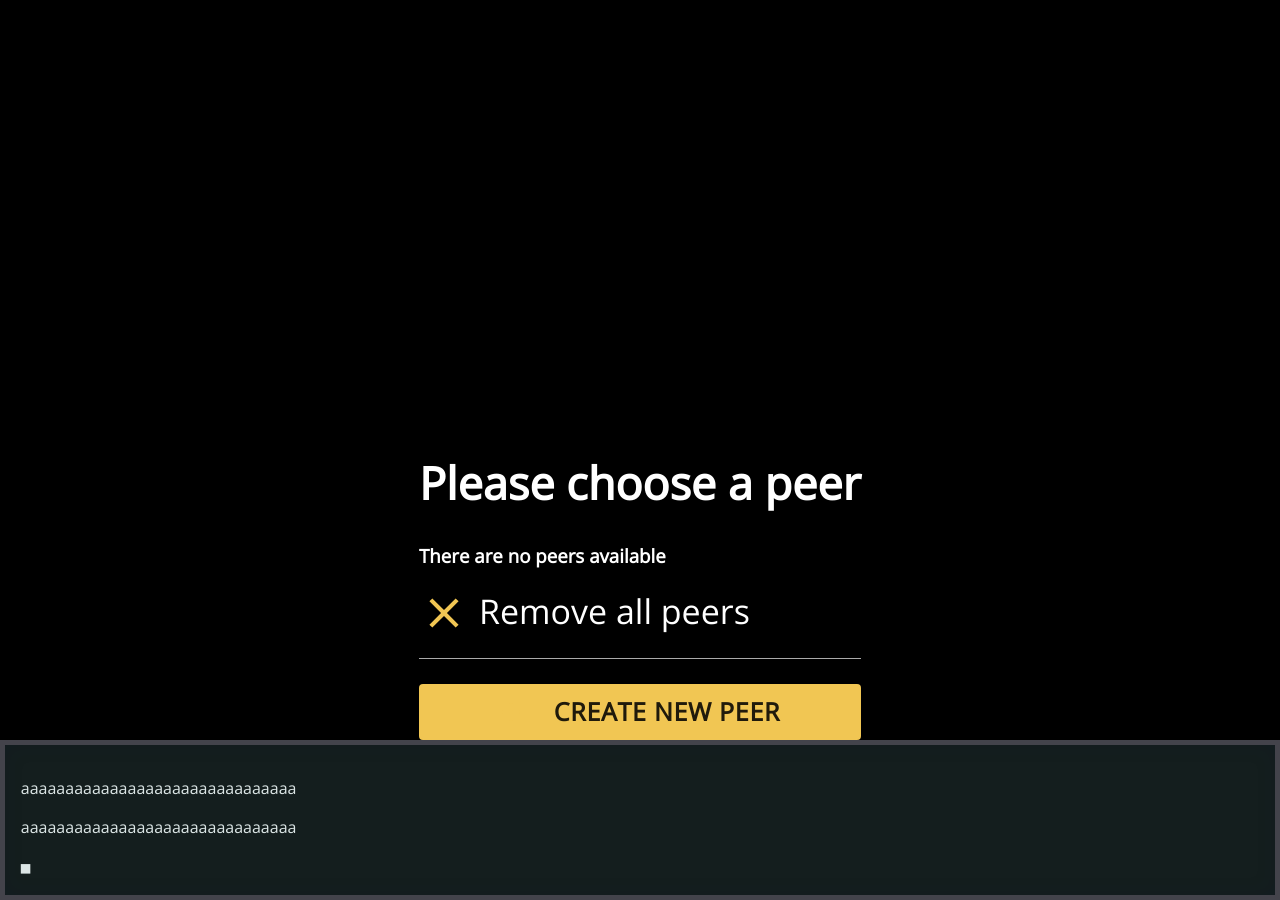
Repository: Bachdz/ASAP-Gui-Frontend
Page: /login
An editor plug-in stored every save of this project. The page is shown before and after the next save, followed by the edit.
The browser window is 1280 px wide. The pictures show the whole page.
The page's requests for data from a server got no answer. The project was rebuilt for these pictures with package versions that can differ from the ones it lists, and the page was loaded fresh each time. No one was signed in, and anything a server would have sent is missing. Also part of the build but not shown: src/css/loginscreen/Peer.css, src/components/fragments/Footer.js, src/components/mainscreen/subcomponents/Apps.js, src/css/mainscreen/Main.css, src/components/mainscreen/Main.js.

Above is the page before, as saved 2020-12-16 19:20:30.

### src/App.js
import React from 'react';



import { ReactComponent as Arrow } from './arrow.svg';
import Login from './components/loginscreen/Login';
import Main from './components/mainscreen/Main';
import { Link } from 'react-router-dom';
import Logo from './components/fragments/Footer';


import { BrowserRouter as Router, Route } from 'react-router-dom'

import './App.css';

function App() {
  return (
      <Router>
        <Route exact path="/" render={props => (
          <React.Fragment>
        <div className="container">

            <div className="content">
              <div id="box">
                <h1>Welcome to ASAP engine</h1>
                <Link to="/login"><Arrow id="next" /></Link>
              </div>
            </div>
          <Logo />
        </div>


          </React.Fragment>
        )} />
        <Route path="/login" component={Login} />
        <Route path="/main/user" component={Main} />

      </Router>
  );
}



export default App;

### src/components/loginscreen/Login.js
import React, { Component } from 'react';
import Peer from './subcomponents/Peer';
import CreateUser from './subcomponents/CreateUser';
import CloseIcon from '@material-ui/icons/Close';
import Alert from '@material-ui/lab/Alert';
import Snackbar from '@material-ui/core/Snackbar';
import Logo from '../fragments/Footer';
import Terminal from '../fragments/Terminal';



import '../../css/loginscreen/Login.css';
import axios from 'axios';



class Login extends Component {
    state = {
        peers: [],
        alertopen: false,
        alertmsg: '',
        alerttype: ''
    }

    componentDidMount() {
        axios.get('http://localhost:8080/api/v1/asap/peers')
            .then(res => this.setState({ peers: res.data }))
    }

    //create User
    addUser = (userName) => {
        let url = 'http://localhost:8080/api/v1/asap/peer?name=' + userName;
        axios.post(url)
            .then(res => this.setState({ peers: [...this.state.peers, res.data] }))
    }

    //remove all users
    removeAllUser = () => {
        axios.delete('http://localhost:8080/api/v1/asap/peers')
            .then(res => {
                if (res.data === false) {
                    this.setState({ alertopen: !this.state.alertopen, alertmsg: "Couldn't delete peers", alerttype: "error" });

                } else if (res.data === true) {
                    this.setState({ alertopen: !this.state.alertopen, alertmsg: "Deleted successfully ", alerttype: "success" });
                    axios.get('http://localhost:8080/api/v1/asap/peers')
                        .then(res => this.setState({ peers: res.data }))
                }



            }


            )


    }

    handleClose = (event, reason) => {
        this.setState({ alertopen: !this.state.alertopen });
    }


    render() {
        const { alertopen, alertmsg, alerttype } = this.state;
        return (
            <div>

                <div className="container">
                    <div className="content">
                        <div className="login-container">
                            <Snackbar anchorOrigin={{ vertical: 'top', horizontal: 'center' }} open={alertopen} autoHideDuration={2000} onClose={this.handleClose}>
                                <Alert onClose={this.handleClose} severity={alerttype}>
                                    {alertmsg}
                                </Alert>
                            </Snackbar>
                            <h1>Please choose a peer</h1>
                            <Peer peers={this.state.peers} />

                            <div id="remove-peer">
                                <CloseIcon id="remove" onClick={this.removeAllUser} /> Remove all peers
            </div>
                            <CreateUser addUser={this.addUser} />

                        </div>
                    </div>

                </div>
                <Terminal />

            </div>

        );
    }
}


export default Login;

### src/App.css
@import url('https://fonts.googleapis.com/css?family=Open+Sans');
body {
  font-family: "Open Sans", sans-serif;

}

#box {
  text-align: center;
}

.content {
  min-height: 80vh;
  margin-top:20px;
  display: flex;
  align-items: center;
}

.container {
  display: flex;
  align-items: center;
  justify-content: center;
  flex-direction: column;
  background-color: #000000;
  color: #ffffff;
  height: 70%;
  margin:0;
}

footer {
 margin-top:auto;
 width: 100vw;
}



#next {
  cursor: "pointer";
  transition: transform 330ms ease-in-out;

}
#next:hover {
  cursor: pointer;
  -ms-transform: scale(1.2); /* IE 9 */
  -webkit-transform: scale(1.2); /* Safari 3-8 */
  transform: scale(1.2);
}
h1 {
  font-size: 45px;
  text-align: center;
  animation: fadein 3s;
  -moz-animation: fadein 3s; /* Firefox */
  -webkit-animation: fadein 3s; /* Safari and Chrome */
  -o-animation: fadein 3s; /* Opera */
}
@keyframes fadein {
  from {
      opacity:0;
  }
  to {
      opacity:1;
  }
}
@-moz-keyframes fadein { /* Firefox */
  from {
      opacity:0;
  }
  to {
      opacity:1;
  }
}
@-webkit-keyframes fadein { /* Safari and Chrome */
  from {
      opacity:0;
  }
  to {
      opacity:1;
  }
}
@-o-keyframes fadein { /* Opera */
  from {
      opacity:0;
  }
  to {
      opacity: 1;
  }
}

### src/components/loginscreen/subcomponents/Peer.js
import React from 'react';
import '../../../css/loginscreen/Peer.css';
import AccountCircleIcon from '@material-ui/icons/AccountCircle';
import ArrowForwardIcon from '@material-ui/icons/ArrowForward';
// import { Redirect } from 'react-router-dom';
import { Link } from 'react-router-dom';

function Peer (props) {

        if (props.peers.length > 0) {
            return (
                props.peers.map((peer) => (
                    <div className="peer-container">
                        <AccountCircleIcon id="icon" />
                        {peer.name}
                        <Link to={{
                            pathname: '/main/user',
                            state: {
                                peer: peer.name
                            }
                        }}>
                            <ArrowForwardIcon id="forward" />
                        </Link>
                    </div>

                ))

            );


        } else {
            return (
                <h3>There are no peers available</h3>
            )
        }
    }





export default Peer;

### src/components/loginscreen/subcomponents/CreateUser.js
import React, {Component} from 'react';
import Button from '@material-ui/core/Button';
import AddIcon from '@material-ui/icons/Add';
import TextField from '@material-ui/core/TextField';
import Dialog from '@material-ui/core/Dialog';
import DialogActions from '@material-ui/core/DialogActions';
import DialogContent from '@material-ui/core/DialogContent';
import '../../../css/loginscreen/CreateUser.css';
import DialogContentText from '@material-ui/core/DialogContentText';

export class CreateUser extends Component {
    state = {
        open: false,
        error: false,
        username: ''
    }

    handleClickOpen = () => {
        this.setState({
            open: !this.state.open
        })
      };

    handleClose = (e) => {
        this.setState({
            open: !this.state.open
        })
    };

    onChange = (e) => this.setState({ [e.target.name]: e.target.value })

    onSubmit = (e) => {
        if (this.state.username !== '') {
            this.props.addUser(this.state.username);
            this.setState({username : ''});
            this.handleClose();
        } else {
            this.setState({error: true});
        }
    }

    render() {
    const { open,error } = this.state

    return (
        <div>

            <Button startIcon={<AddIcon id="addIcon" />} id="addButton" onClick={this.handleClickOpen}>Create new peer</Button>

            <Dialog open={open} onClose={this.handleClose} aria-labelledby="form-dialog-title">
                <DialogContent id="dialog">
                    <DialogContentText id="dialog-text">
                        Please enter your name
          </DialogContentText>
                    <TextField
                       error={this.state.error}
                     required
                        autoFocus
                        margin="dense"
                        name="username"
                        type="string"
                        label="Username"
                        helperText={error ===true  ? "username is required" : ""}
                        onChange={this.onChange}
                        fullWidth
                    />
                </DialogContent>
                <DialogActions id="dialog-action">
                    <Button onClick={this.onSubmit} id="button" color="primary">
                        Done
          </Button>
                </DialogActions>
            </Dialog>
        </div>
    );
}
}
export default CreateUser ;

### src/components/fragments/Terminal.js
import React from 'react'
import '../../css/Terminal.css';



export default function Terminal() {
    return (
        <div className="console">
            <pre class="i-has-teh-code">
                <p>aaaaaaaaaaaaaaaaaaaaaaaaaaaaaaa</p>
                <p>aaaaaaaaaaaaaaaaaaaaaaaaaaaaaaa</p>

            </pre>
        </div>
    )
}

### src/css/loginscreen/Login.css
@import url('https://fonts.googleapis.com/css?family=Open+Sans');




.login-container {
    margin-top:auto;
}
.content {
    display: flex;
    align-items: center;
    justify-content: center;
    flex-direction: column;
    background-color: #000000;
    color: #ffffff;
    height: 100vh;
    margin:0;
  }

footer {
   margin-top:auto;
   width: 100vw;
  }




#remove {
    cursor: pointer;
    color: #F1C653;
    float: left;
    font-size: 50px;
    margin-right: 10px;
}

#remove:hover {
    cursor: pointer;
    -ms-transform: scale(1.2); /* IE 9 */
    -webkit-transform: scale(1.2); /* Safari 3-8 */
    transform: scale(1.2);
  }

#remove-peer {
    width: 100%;
    border-bottom: 1px solid #aaa;
    padding-bottom:20px;
    margin-top: 20px;
    display: flex;
    font-size: 34px;
    animation: fadein 3.5s;
    -moz-animation: fadein 3.5s; /* Firefox */
    -webkit-animation: fadein 3.5s; /* Safari and Chrome */
    -o-animation: fadein 3.5s; /* Opera */
}

### src/css/loginscreen/CreateUser.css
@import url('https://fonts.googleapis.com/css?family=Open+Sans');
* {
    font-family:"Open Sans", sans-serif ;
}
#addButton{
    z-index: 99;
    margin-top:25px;
    background-color: #F1C653;
    width: 100%;
    font-size:25px;
    font-weight: bolder;
}

#addIcon {
    font-size: 26px;
}
#dialog {

}
#dialog-text {
    font-family:"Open Sans", sans-serif ;
    color: #000000;

    text-align: center;
}
#button {
    background-color: #F1C653;
    color: #000000;
    width: 50%;
    font-size:15px;
    font-weight: bolder;
}

### src/css/Terminal.css
@charset "UTF-8";
@-webkit-keyframes waiting {
    0% {
        opacity: 0;
    }
    35%,
    75% {
        opacity: 1;
    }
    100% {
        opacity: 0;
    }
}

@keyframes waiting {
    0% {
        opacity: 0;
    }
    35%,
    75% {
        opacity: 1;
    }
    100% {
        opacity: 0;
    }
}

@-webkit-keyframes joltBG {
    0% {
        opacity: 0.3;
    }
    22%,
    26% {
        opacity: 0.2;
    }
    27%,
    45% {
        opacity: 0.4;
    }
    46%,
    76% {
        opacity: 0.5;
    }
    76%,
    78% {
        opacity: 0.05;
    }
    78% {
        opacity: 0.3;
    }
    100% {
        opacity: 0.3;
    }
}

@keyframes joltBG {
    0% {
        opacity: 0.3;
    }
    22%,
    26% {
        opacity: 0.2;
    }
    27%,
    45% {
        opacity: 0.4;
    }
    46%,
    76% {
        opacity: 0.5;
    }
    76%,
    78% {
        opacity: 0.05;
    }
    78% {
        opacity: 0.3;
    }
    100% {
        opacity: 0.3;
    }
}

.i-has-teh-code {
    white-space: pre-wrap;
    background: #141e1e;
    color: #dce6e6;
    margin: 0 auto;
    font-family: Monaco, Consolas, "Lucida Console", monospace;
    padding: 1em 1em 2.5em 1em;
    line-height: 1.45;
    position: relative;
    overflow-x: scroll;
}

.i-has-teh-code::-moz-selection {
    color: #141e1e;
    background: #dce6e6;
}

.i-has-teh-code::selection {
    color: #141e1e;
    background: #dce6e6;
}

.i-has-teh-code:before {
    position: absolute;
    pointer-events: none;
    top: 0;
    right: 0;
    bottom: 0;
    left: 0;
    background-color: rgba(50, 50, 80, 0.6);
    content: '';
    z-index: 100;
    box-shadow: inset 0px 0px 20px 0px rgba(0, 0, 60, 0.3);
    background: url('data:[embedded picture, 484 characters]');
    -webkit-animation-name: joltBG;
    animation-name: joltBG;
    -webkit-animation-duration: 10000ms;
    animation-duration: 10000ms;
    -webkit-animation-iteration-count: infinite;
    animation-iteration-count: infinite;
    -webkit-animation-timing-function: linear;
    animation-timing-function: linear;
}

.i-has-teh-code:after {
    position: absolute;
    pointer-events: none;
    bottom: 0em;
    left: 0em;
    content: '■';
    padding: 1em;
    -webkit-animation-name: waiting;
    animation-name: waiting;
    -webkit-animation-duration: 1200ms;
    animation-duration: 1200ms;
    -webkit-animation-iteration-count: infinite;
    animation-iteration-count: infinite;
    -webkit-animation-timing-function: ease-in-out;
    animation-timing-function: ease-in-out;
}

.console {
    background: rgba(20, 20, 30, 0.8);
    padding: 0.3em;
}

### src/css/mainscreen/Apps.css

#addIcon, #removeIcon {
    float:right;
    color: #F1C653;
    font-size: 30px;
    margin-right:20px;
}
.title {
    display:flex;
    align-items: center;
}


.parentList {
    margin-left:10px;
}

.main-items {
    font-size: 30px;
}

#apps {
    padding-left:50px;
}

.input {
    font-style: italic;
    width: 100%;
    border:none;
    outline: none;
    border-bottom: 2px solid #808080;
    background: #000000;
    color: #ffffff;
    width: 70%;
    margin-left:45px;
    font-size:20px;
}

.add {
    width: 100%;
    display:flex;
    color: #F1C653;
}

#checkicon {
    float: right;
}

#checkicon-inactive {
    color: #808080;
}

Loaded but not shown: public/index.html (common file); src/index.js (common file); src/index.css (common file); src/reportWebVitals.js (common file)

After the next save:
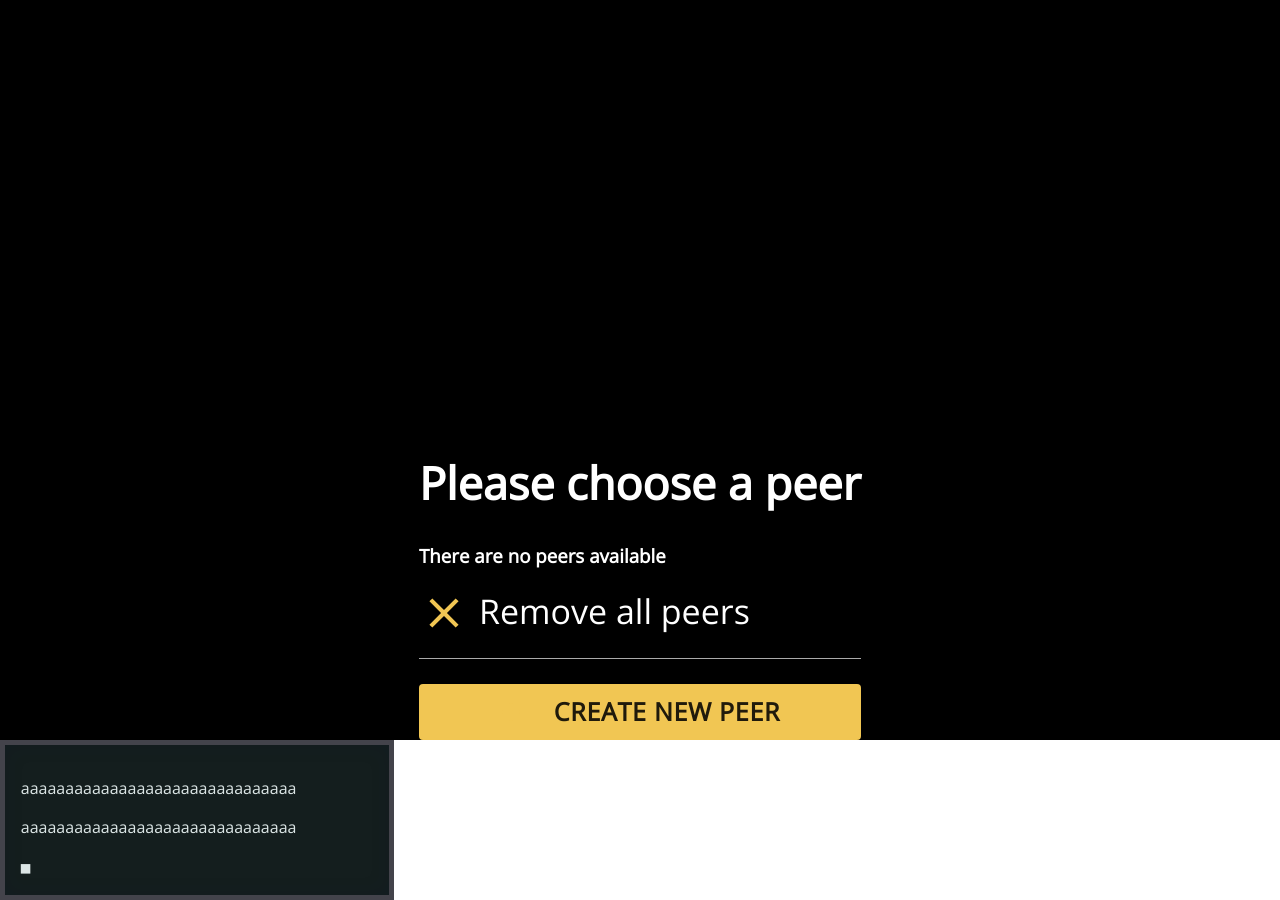
Saved 24 s later.
--- a/src/css/Terminal.css
+++ b/src/css/Terminal.css
@@ -143,6 +143,7 @@
 }
 
 .console {
+    width: 30%;
     background: rgba(20, 20, 30, 0.8);
     padding: 0.3em;
 }
